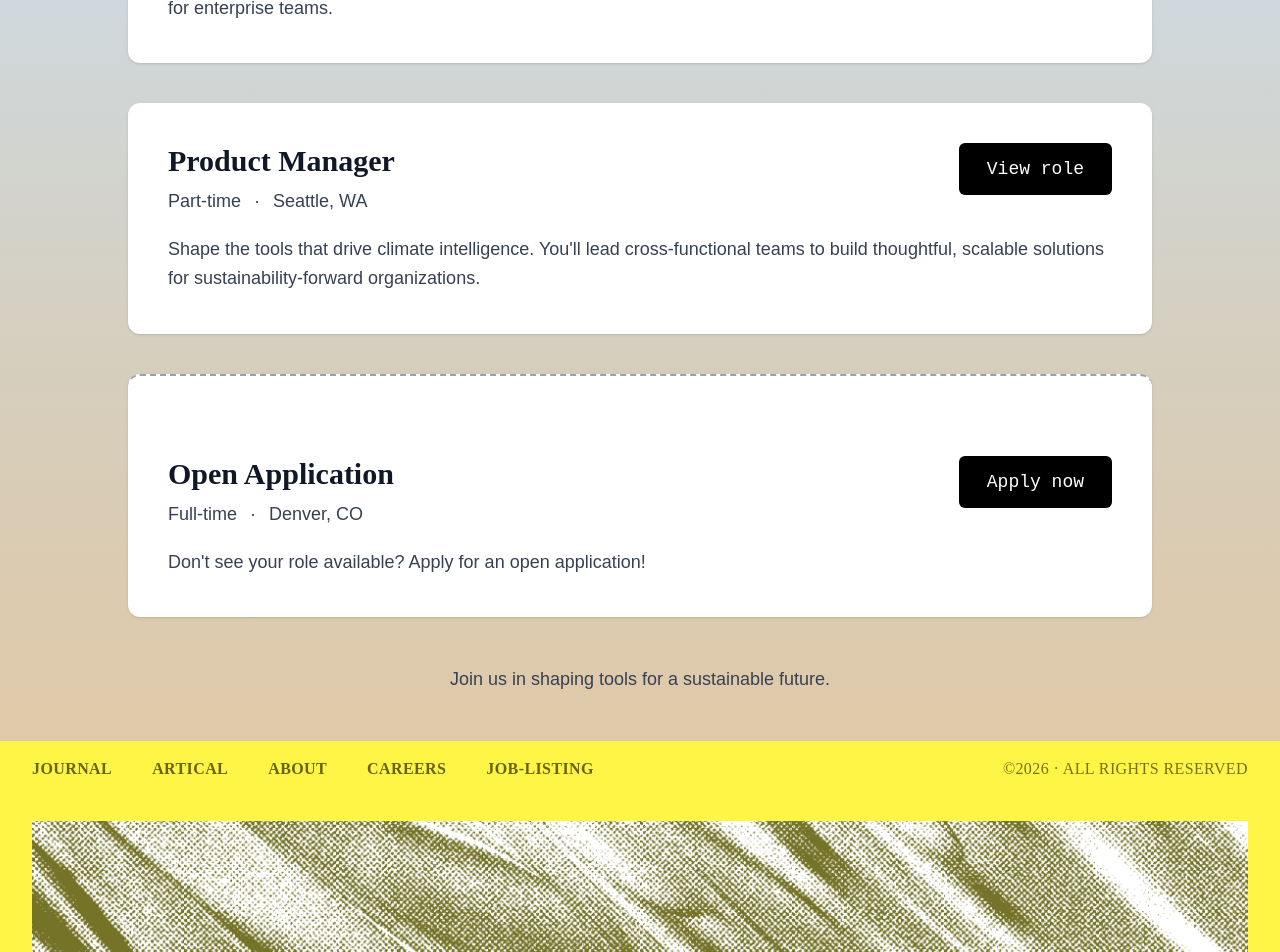
Repository: neelpatel6262/Aetherfield-SaaS
Page: /careers
The author's editor kept a copy of each file at every save. The page is drawn from the files as they stood at one save, then again after the next save.
The browser window is 1280 px wide. The pictures show the part of the page from y = 757 to 1709 px (the page is 2212 px tall).
Some web fonts or font styles are not loaded; a fallback is used. The project was rebuilt for these pictures with package versions that can differ from the ones it lists, and the page was loaded fresh each time. Also part of the build but not shown: vite.config.js, src/components/sections/Features.jsx, src/components/sections/CaseStudy.jsx, src/data/article.js, src/components/sections/JournalPreview.jsx, src/components/sections/Testimonial.jsx, src/components/sections/CTABanner.jsx, src/components/sections/Hero.jsx and 5 more.

Above is the page before, as saved 2026-03-01 14:24:24.

After the next save:
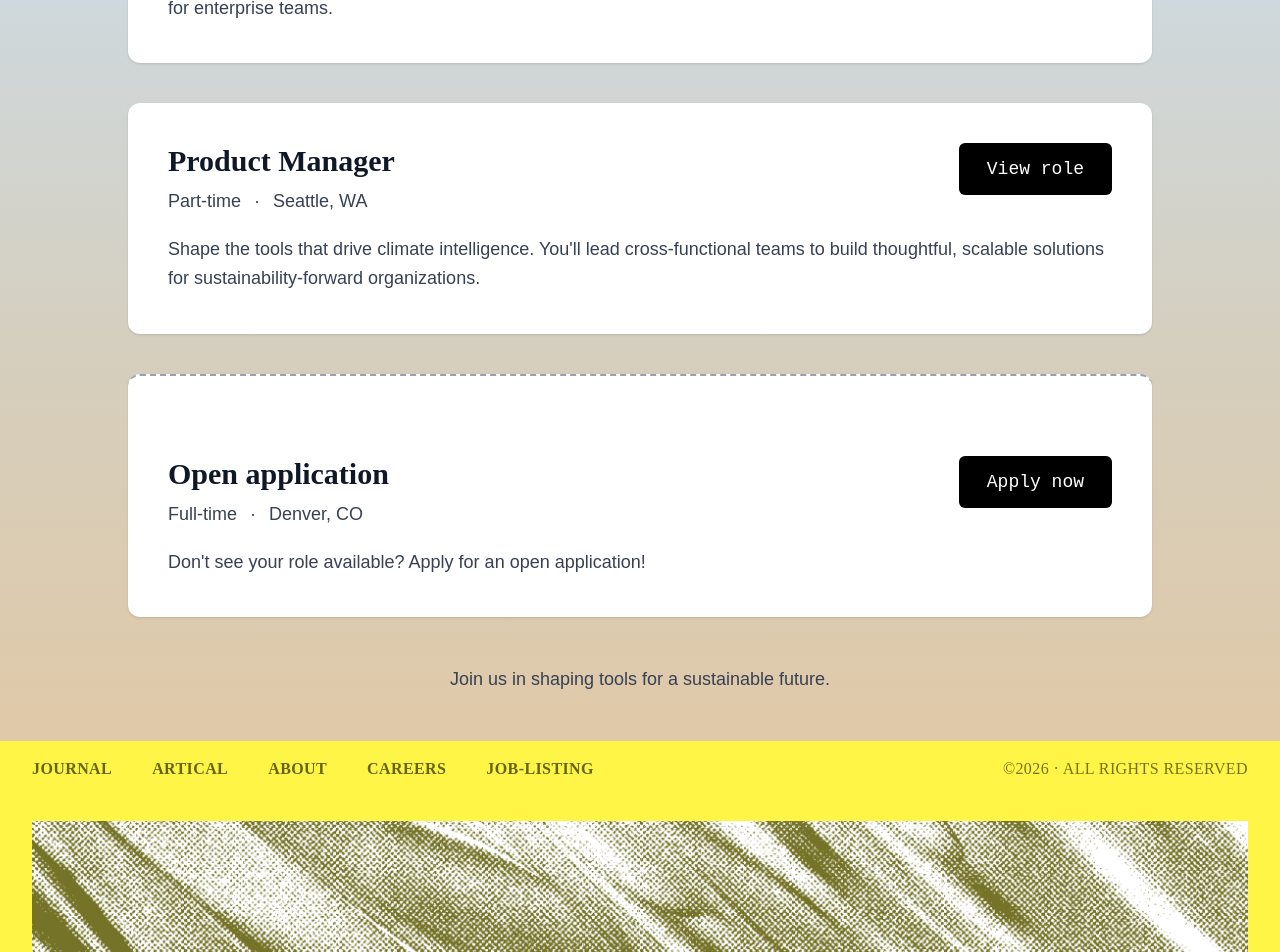
Saved 4 s later.
--- a/src/data/jobs.js
+++ b/src/data/jobs.js
@@ -1,39 +1,35 @@
+// src/data/jobs.js
 export const jobs = [
   {
-    id: 'ux-designer',           // ✅ ADD id — becomes /careers/ux-designer
-    title: 'UX Designer',
-    type: 'Contract',
-    location: 'San Francisco, CA',
-    team: 'Design',
-    description: "Shape the tools that drive climate intelligence. You'll lead cross-functional teams to build thoughtful, scalable solutions for sustainability-forward organizations.",
-    buttonText: 'View role',
+    title: "UX Designer",
+    type: "Contract",
+    location: "San Francisco, CA",
+    description:
+      "Shape the tools that drive climate intelligence. You'll lead cross-functional teams to build thoughtful, scalable solutions for sustainability-forward organizations.",
+    buttonText: "View role",
   },
   {
-    id: 'data-scientist',        // ✅ becomes /careers/data-scientist
-    title: 'Data Scientist',
-    type: 'Full-time',
-    location: 'Denver, CO',
-    team: 'Engineering',
-    description: "Help build the intelligence layer for climate action. You'll turn complex sustainability data into clear, actionable insights for enterprise teams.",
-    buttonText: 'View role',
+    title: "Data Scientist",
+    type: "Full-time",
+    location: "Denver, CO",
+    description:
+      "Help build the intelligence layer for climate action. You'll turn complex sustainability data into clear, actionable insights for enterprise teams.",
+    buttonText: "View role",
   },
   {
-    id: 'product-manager',       // ✅ becomes /careers/product-manager
-    title: 'Product Manager',
-    type: 'Part-time',
-    location: 'Seattle, WA',
-    team: 'Product',
-    description: "Shape the tools that drive climate intelligence. You'll lead cross-functional teams to build thoughtful, scalable solutions for sustainability-forward organizations.",
-    buttonText: 'View role',
+    title: "Product Manager",
+    type: "Part-time",
+    location: "Seattle, WA",
+    description:
+      "Shape the tools that drive climate intelligence. You'll lead cross-functional teams to build thoughtful, scalable solutions for sustainability-forward organizations.",
+    buttonText: "View role",
   },
   {
-    id: 'open-application',      // ✅ becomes /careers/open-application
-    title: 'Open Application',
-    type: 'Full-time',
-    location: 'Denver, CO',
-    team: 'General',
+    title: "Open application",
+    type: "Full-time",
+    location: "Denver, CO",
     description: "Don't see your role available? Apply for an open application!",
-    buttonText: 'Apply now',
+    buttonText: "Apply now",
     isOpen: true,
   },
-]
+];
